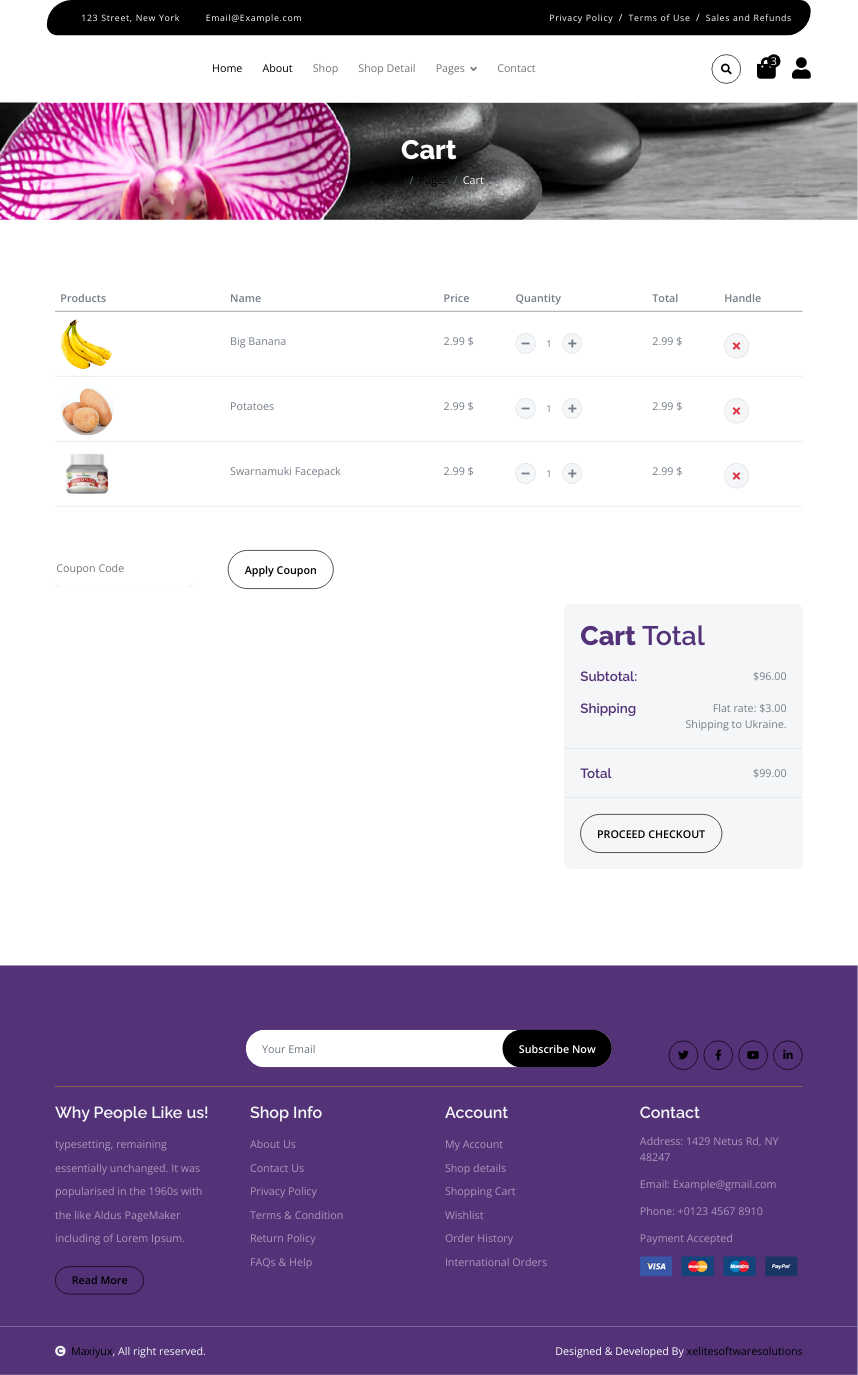
Repository: ChristhurasaRoshan/Maxiyux-New
Page: cart.html
These files come from the project's save history. The page is drawn as it stood at one moment and after a run of saves; the edit follows.
The browser window is 1280 px wide. The pictures show the whole page, at 67% of full size.
Some web libraries are served in a nearby version.

Above is the page before, as saved 2024-10-08 20:54:10.

After the next 5 saves:
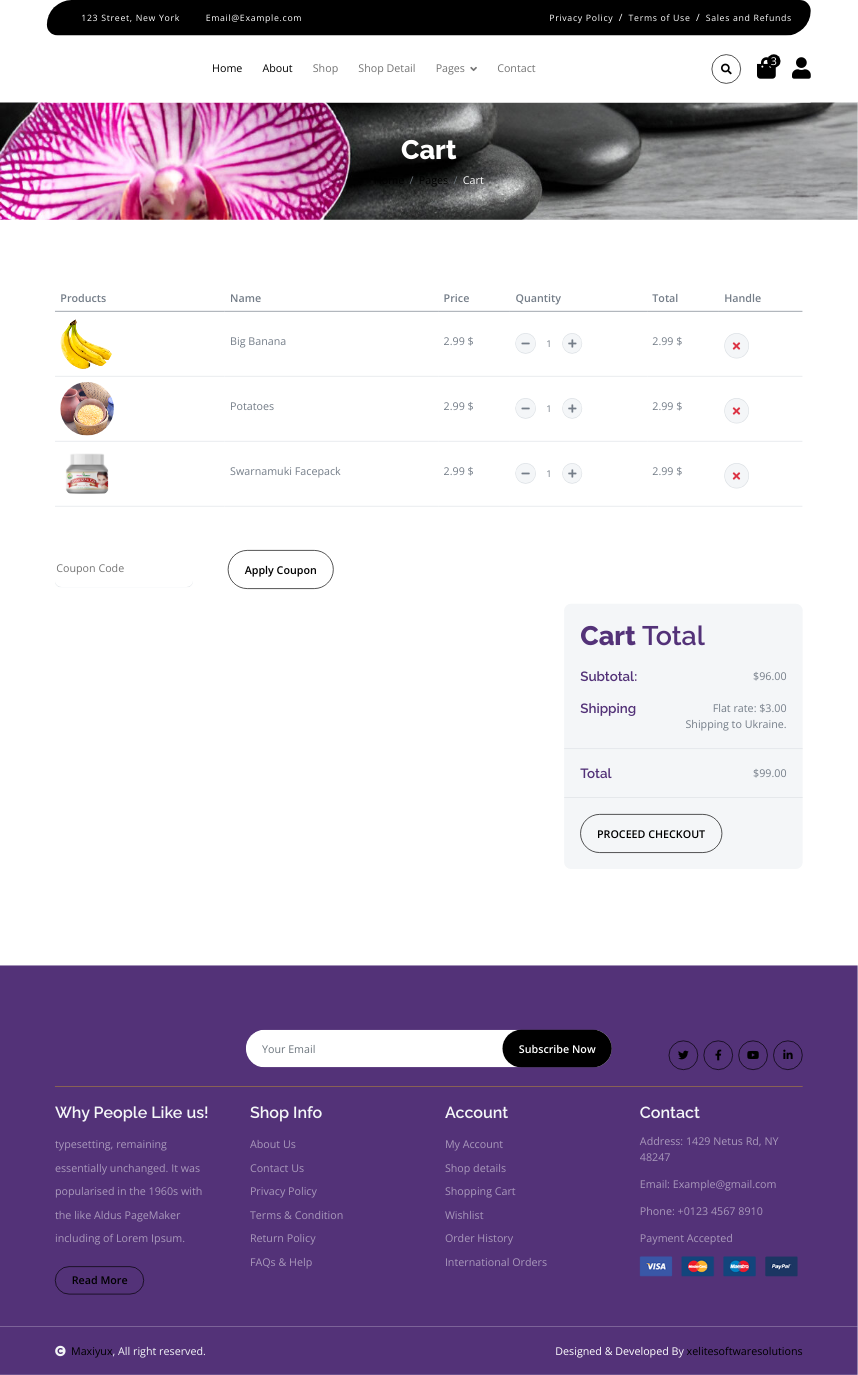
The 5 saves are shown as one change because they came seconds apart.
The last was saved 15 s later.
--- a/cart.html
+++ b/cart.html
@@ -181,7 +181,7 @@
                             <tr>
                                 <th scope="row">
                                     <div class="d-flex align-items-center">
-                                        <img src="img/vegetable-item-5.jpg" class="img-fluid me-5 rounded-circle" style="width: 80px; height: 80px;" alt="" alt="">
+                                        <img src="img/ayurvehic-products/millets/mungbean.jpg" class="img-fluid me-5 rounded-circle" style="width: 80px; height: 80px;" alt="" alt="">
                                     </div>
                                 </th>
                                 <td>
